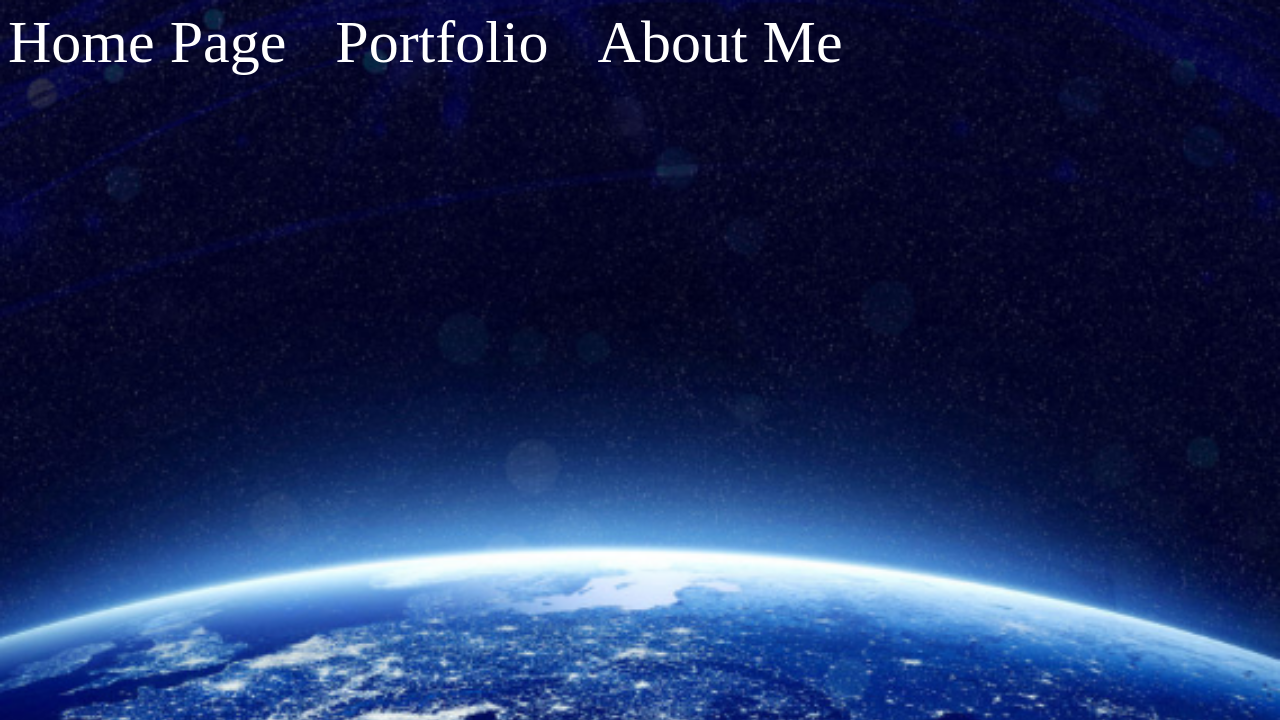
Repository: jacobhayman22/jacobhayman22.github.io
Page: index.html
The author's editor kept a record of every edit. The page is drawn from the files as they stood at one moment, then again after the next edit.
The browser window is 1280 px wide. The pictures show the whole page.

Above is the page before.

After the next edit:
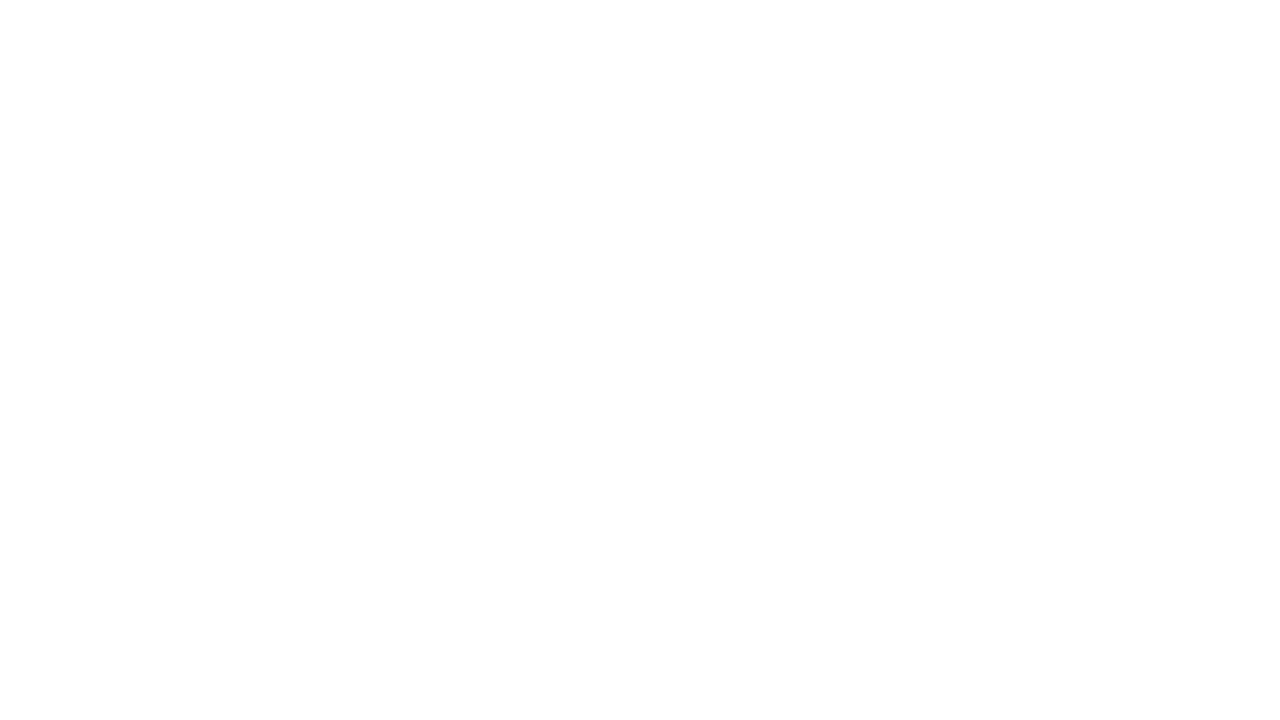
The edit:
--- a/style.css
+++ b/style.css
@@ -7,7 +7,7 @@
 
  body {
   background-color: white;
-  background-image: url("space.jpg");
+
   height: 100%;
   background-size: cover;
   background-position: top;

After the edit that followed:
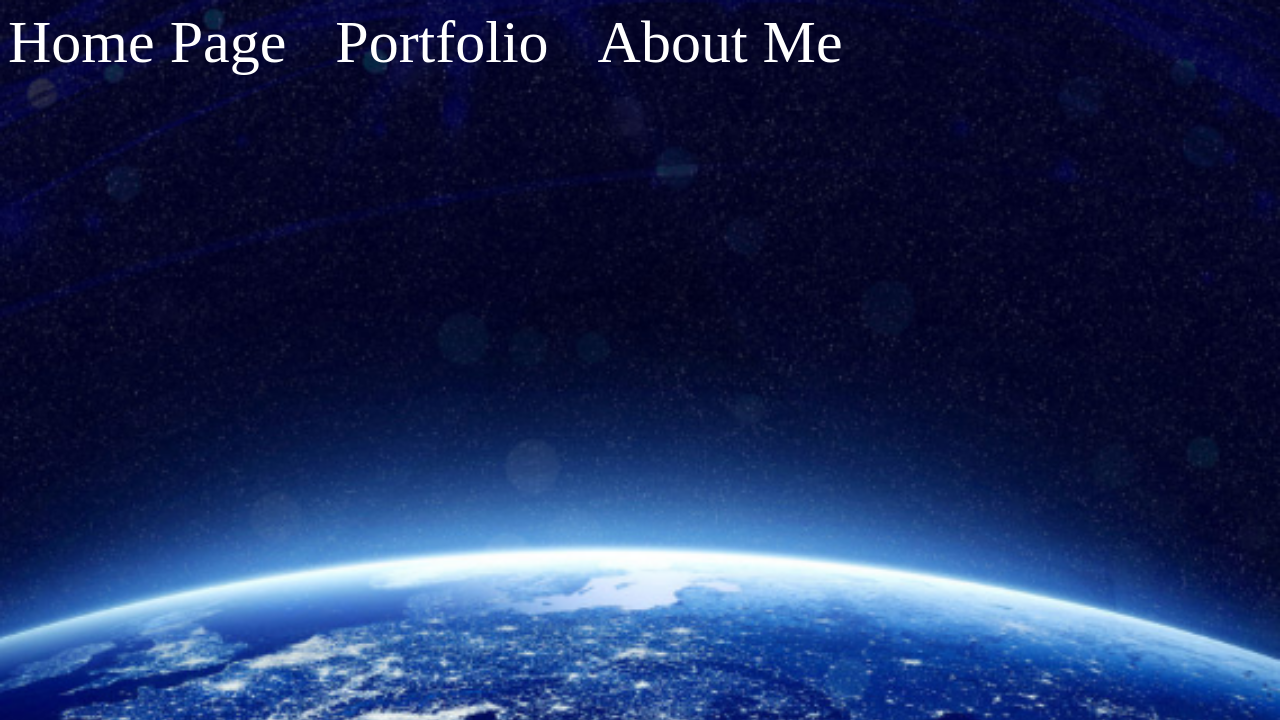
The edit:
--- a/style.css
+++ b/style.css
@@ -16,7 +16,7 @@
  }
 
  .main-background {
-
+  background-image: url("space.jpg");
  }
 
  .main-nav
